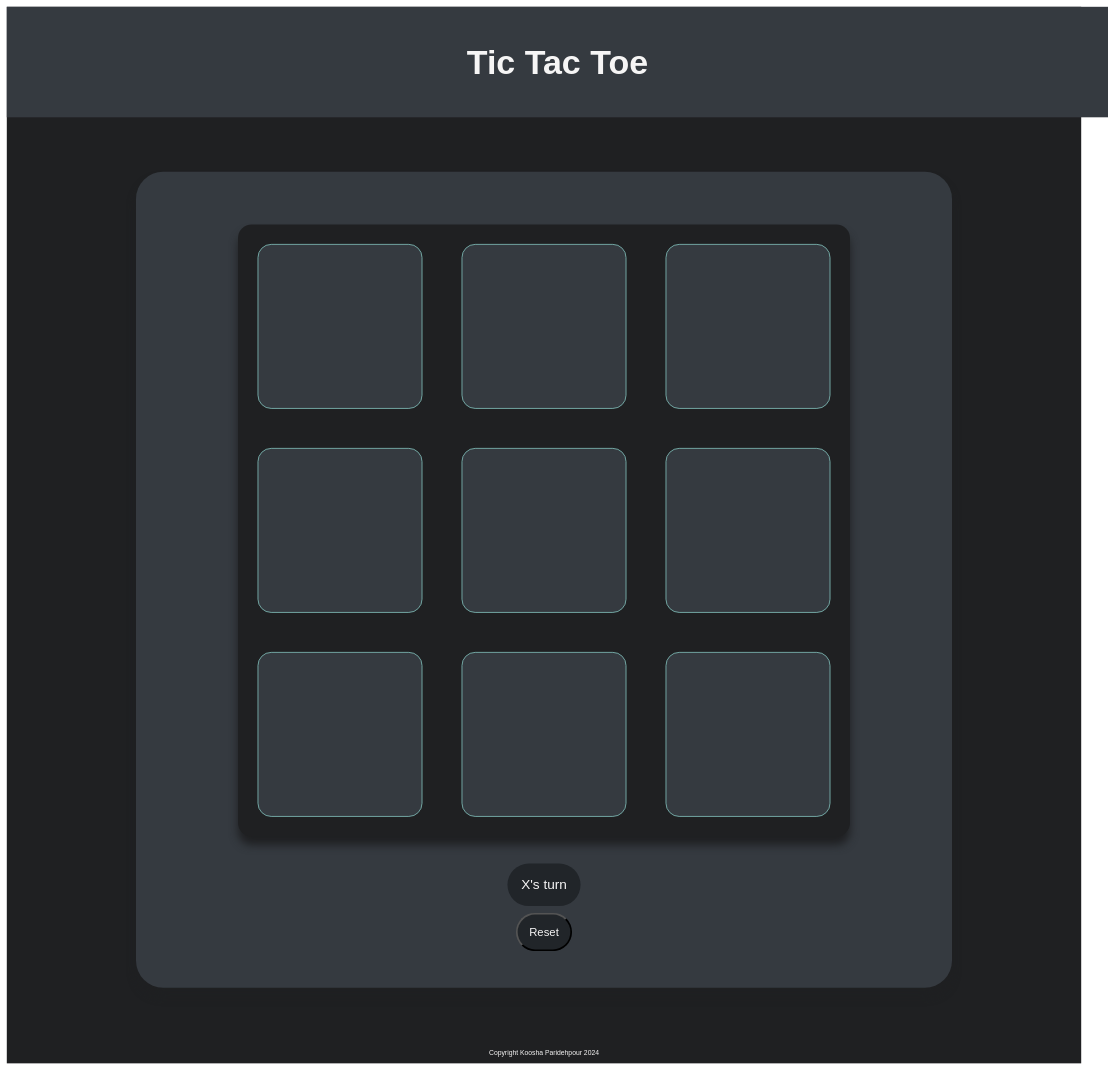
Repository: KooshaPari/odin-TTT
Page: index.html
An editor plug-in stored every save of this project. The page is shown before and after the next save, followed by the edit.
The browser window is 1280 px wide. The page is 1304 px wide, so the pictures cover 1304 px, including what lies to the right of the window. The pictures show the whole page, at 85% of full size.

Above is the page before, as saved 2024-03-15 00:19:08.

After the next save:
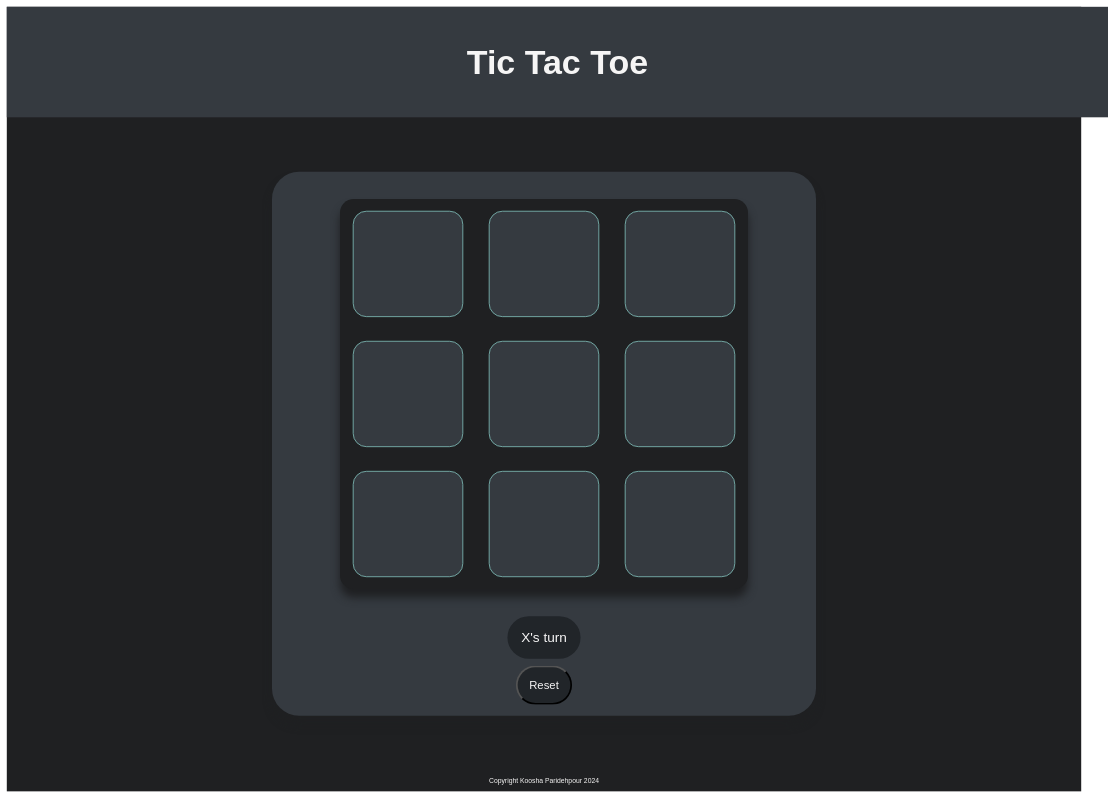
Saved 7 min 11 s later.
--- a/style.css
+++ b/style.css
@@ -45,8 +45,8 @@
   border-radius: 2em;
   margin: 5vw;
   box-shadow: 0px 10px 10px #1f2022;
-  width: 75vw;
-  height: 75vw;
+  width: 50vw;
+  height: 50vw;
   -webkit-border-radius: 2em;
   -moz-border-radius: 2em;
   -ms-border-radius: 2em;
